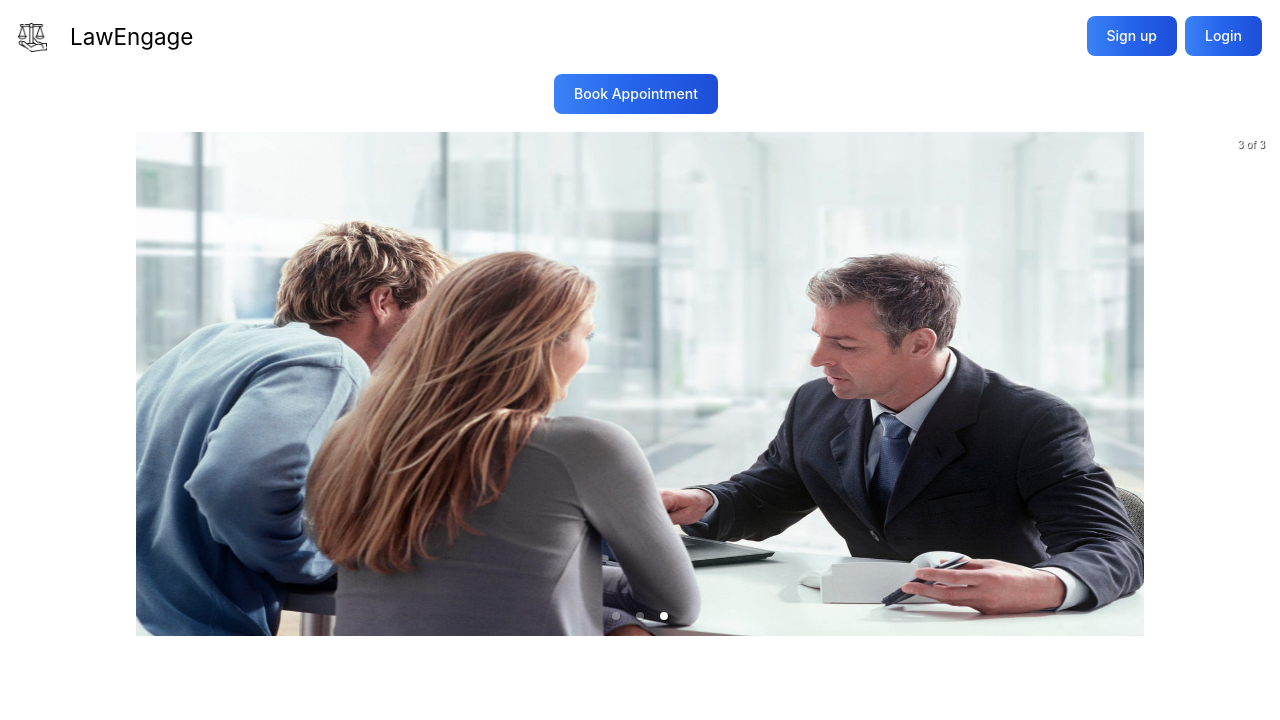
Repository: khushijain8/Lawyer-appointment-application
Page: / (app in frontend/)
The author's editor kept a copy of each file at every save. The page is drawn from the files as they stood at one save, then again after the next save.
The browser window is 1280 px wide. The pictures show the whole page.
The project was rebuilt for these pictures with package versions that can differ from the ones it lists, and the page was loaded fresh each time. Also part of the build but not shown: frontend/src/App.css, frontend/src/components/Signup/Signup.css, frontend/src/components/Signup/Signup.jsx, frontend/src/components/Login/Login.css, frontend/src/components/Login/Login.jsx, frontend/src/components/LawyerContainer/LawyerContainer.css, frontend/src/components/LawyerContainer/LawyerContainer.jsx, frontend/src/components/Book/Book.jsx and 4 more.

Above is the page before, as saved 2025-01-23 02:52:28.

### frontend/src/index.js
import React from 'react';
import ReactDOM from 'react-dom/client';
import './index.css';
import App from './App';
import reportWebVitals from './reportWebVitals';
import {BrowserRouter} from 'react-router-dom';
import {Provider} from 'react-redux';
import {store} from './redux/store';
const root = ReactDOM.createRoot(document.getElementById('root'));
root.render(
  <React.StrictMode>
    <Provider store={store}>
     <BrowserRouter>
      <App />
    </BrowserRouter>
    </Provider>
  </React.StrictMode>
);

// If you want to start measuring performance in your app, pass a function
// to log results (for example: reportWebVitals(console.log))
// or send to an analytics endpoint. Learn more: https://bit.ly/CRA-vitals
reportWebVitals();

### frontend/src/App.js
import './App.css';

import {Route,Routes} from 'react-router-dom';
import Signup from './components/Signup/Signup';
import {Login} from './components/Login/Login';
import Navbar from './components/Navbar/Navbar';
import Book from './components/Book/Book';
import Admin from './components/Admin/Admin'
import FrontPage from './components/FrontPage/FrontPage';
function App() {
  return (
    <>
      <Navbar></Navbar>
      <Routes>
        <Route path='/signup' element={<Signup/>}/>
        <Route path='/login' element={<Login/>}/>
        <Route path='/book' element={<Book/>}/>
        <Route path='/' element={<FrontPage/>}/>
        <Route path='/admin' element={<Admin/>}/>
      </Routes>

    </>
  );
}

export default App;

### frontend/src/redux/store.js
import {configureStore} from '@reduxjs/toolkit'
import LawyerReducer from './Lawyer/lawyerSlice'

export const store=configureStore({
    reducer:{
        lawyer:LawyerReducer
    },
})

### frontend/src/components/Navbar/Navbar.jsx
import React from 'react'
import lawlogo from '../../assets/law.png';
import './Navbar.css';
import {useNavigate} from 'react-router-dom';
function Navbar() {
    const navigate=useNavigate()
  return (
    <>
        <div className='navbar flex-col sm:flex-row '>
            <div className="left-nav">
                <img className = "logo px-2 py-2" src={lawlogo} alt="logo"></img>
                <span className="heading">LawEngage</span>
            </div>
            <div className='right-nav flex justify-center items-center md:order-2'>
                <button class="text-white bg-gradient-to-r from-blue-500 via-blue-600 to-blue-700 hover:bg-gradient-to-br focus:ring-4 focus:outline-none focus:ring-blue-300 dark:focus:ring-blue-800 font-medium rounded-lg text-sm px-5 py-2.5 text-center me-2 mb-2"onClick={()=>navigate('/signup')}>Sign up</button>
                <button class="text-white bg-gradient-to-r from-blue-500 via-blue-600 to-blue-700 hover:bg-gradient-to-br focus:ring-4 focus:outline-none focus:ring-blue-300 dark:focus:ring-blue-800 font-medium rounded-lg text-sm px-5 py-2.5 text-center me-2 mb-2" onClick={()=>navigate('/login')}>Login</button>
            </div>
        </div>
        <div className='mid-nav flex justify-center items-center  '>
        <button class="text-white bg-gradient-to-r from-blue-500 via-blue-600 to-blue-700 hover:bg-gradient-to-br focus:ring-4 focus:outline-none focus:ring-blue-300 dark:focus:ring-blue-800 font-medium rounded-lg text-sm px-5 py-2.5 text-center me-2 mb-2"onClick={()=>navigate('/book')}>Book Appointment</button>
    </div>
    </>
  )
}

export default Navbar

### frontend/src/components/FrontPage/FrontPage.jsx
import React from 'react';
import './FrontPage.css';
import { Box} from '@mui/material';
import { Carousel } from 'react-responsive-carousel';
import "react-responsive-carousel/lib/styles/carousel.min.css";
import slide1 from '../../assets/expertise-2.jpg'
import slide2 from '../../assets/legal-consultancy-services.jpg';
import slide3 from '../../assets/law2.jpg';
function FrontPage() {
    return (
      <Box sx={{ display:'flex',justifyContent:'center',alignItems:'center' ,margin:'10px'}}>
        <Carousel autoPlay infiniteLoop interval={2000} showArrows={true}
          showThumbs={false} dynamicHeight={false} transitionTime={500} >
          <div>
            <img src={slide1} alt="Slide 1" style={{ width: '80%', height: '70vh' }} />
          </div>
          <div>
            <img src={slide2} alt="Slide 2" style={{ width: '80%', height: '70vh'}} />
          </div>
          <div>
            <img src={slide3} alt="Slide 3" style={{ width: '80%', height: '70vh', }} />
          </div>
        </Carousel>
      </Box>
    );
  }

  export default FrontPage;

### frontend/src/redux/Lawyer/lawyerSlice.js
import { createAsyncThunk,createSlice} from "@reduxjs/toolkit"
import axios from 'axios';
const initialState={
    loading:false,
    lawyers:[],
    error:'',
    selectedSlot: {
        lawyerId: null,
        slotIndex: null,
    },
}

export const fetchLawyers=createAsyncThunk('Lawyer/fetchLawyers',()=>{
    return axios
    .get("https://lawyer-appointment-application.vercel.app/lawyers")
        .then((response) => {
            console.log("API Response:", response.data);
            return response.data;
        })
        .catch((error) => {
            console.log("API Error:", error);
            throw error;
        });
})

export const bookSlot = createAsyncThunk("Lawyer/bookSlot", async (_, { getState, rejectWithValue }) => {
    const {selectedSlot}=getState().lawyer;
    const {lawyerId,slotIndex}=selectedSlot;
    if (!lawyerId || slotIndex === null) {
        return rejectWithValue("Invalid slot or lawyerId");
    }
    try {
      const response = await axios.post("https://lawyer-appointment-application.vercel.app/bookSlot", {
        lawyerId,
        slotIndex,
      });

      console.log("Slot booked successfully:", response.data);
      return { lawyerId, slotIndex };
    } catch (error) {
        console.log(lawyerId,slotIndex);
        console.error("Failed to book slot:", error);
        return rejectWithValue(error.response?.data || "Booking failed");
      }
    }
  );



const lawyerSlice=createSlice({
    name:'lawyer',
    initialState,
    reducers: {
        selectSlot:(state,action)=>{
          state.selectedSlot = action.payload;
        }
      },

    extraReducers:builder=>{
        builder.addCase(fetchLawyers.pending,state=>{
            state.loading=true
            console.log("Fetch lawyers faileda");
        })
        builder.addCase(fetchLawyers.fulfilled,(state,action)=>{
            state.loading=false
            state.lawyers=action.payload
            state.error=''
            console.log("Fetch lawyers failedb");
        })
        builder.addCase(fetchLawyers.rejected,(state,action)=>{
            state.loading=false
            state.error=action.error.message
            state.lawyers=[]
            console.log("Fetch lawyers failedc");
        })
        builder.addCase(bookSlot.pending,state=>{
            state.loading=true
            console.log("Fetch lawyers faileda");
        })
        builder.addCase(bookSlot.fulfilled,(state,action)=>{
            state.loading=false
            const {lawyerId,slotIndex}=action.payload;
            const lawyer=state.lawyers.find((l) => l._id === lawyerId);
            if (lawyer) {
              lawyer.availability[slotIndex].isAvailable=false;
            }
        })
        builder.addCase(bookSlot.rejected,(state,action)=>{
            state.loading=false
            state.error=action.error.message
            state.lawyers=[]
            console.log("Fetch lawyers failedc");
        })
    },

})
export const { selectSlot } = lawyerSlice.actions;
export default lawyerSlice.reducer;

### frontend/src/components/Navbar/Navbar.css
.logo{
    width:45px;
    height:45px;
}
.navbar{
    margin:10px;
    display:flex;
    justify-content : space-between;
}
.left-nav{
    display: flex;
    justify-content: start;
    gap:15px;
    align-items:center; /* for heading (lawengage to be at the center of the logo)*/
}
.mid-nav{
    margin-top:6px;
}
.right-nav{
    margin-top:6px;
}
.heading{
    font-size: 1.4rem;
    font-weight: normal;
}

Loaded but not shown: frontend/public/index.html (common file); frontend/src/index.css (common file); frontend/src/reportWebVitals.js (common file); frontend/tailwind.config.js (common file)

After the next save:
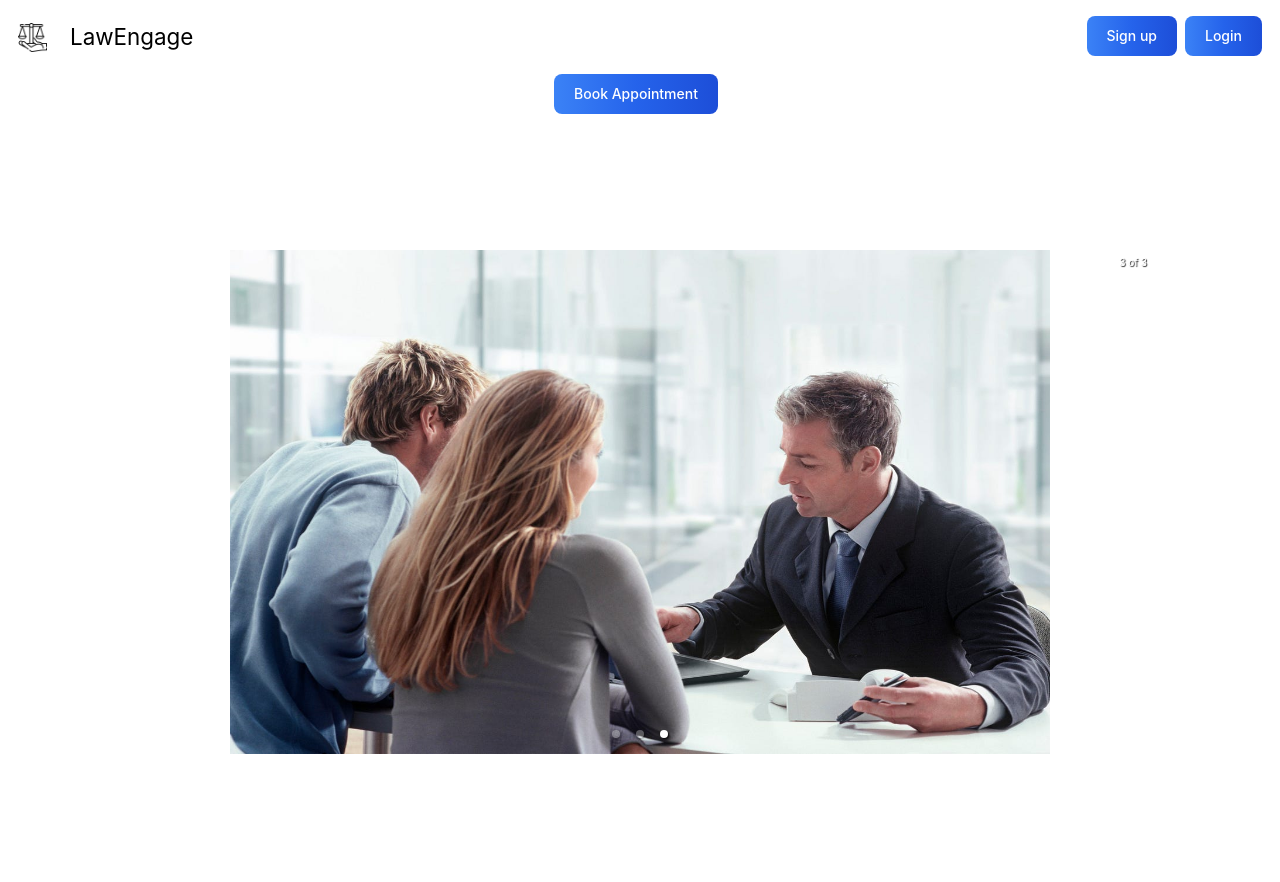
Saved 16 s later.
--- a/frontend/src/components/FrontPage/FrontPage.jsx
+++ b/frontend/src/components/FrontPage/FrontPage.jsx
@@ -8,7 +8,7 @@ import slide2 from '../../assets/legal-consultancy-services.jpg';
 import slide3 from '../../assets/law2.jpg';
 function FrontPage() {
     return (
-      <Box sx={{ display:'flex',justifyContent:'center',alignItems:'center' ,margin:'10px'}}>
+      <Box sx={{ display:'flex',justifyContent:'center',alignItems:'center' ,margin:'10%'}}>
         <Carousel autoPlay infiniteLoop interval={2000} showArrows={true}
           showThumbs={false} dynamicHeight={false} transitionTime={500} >
           <div>
